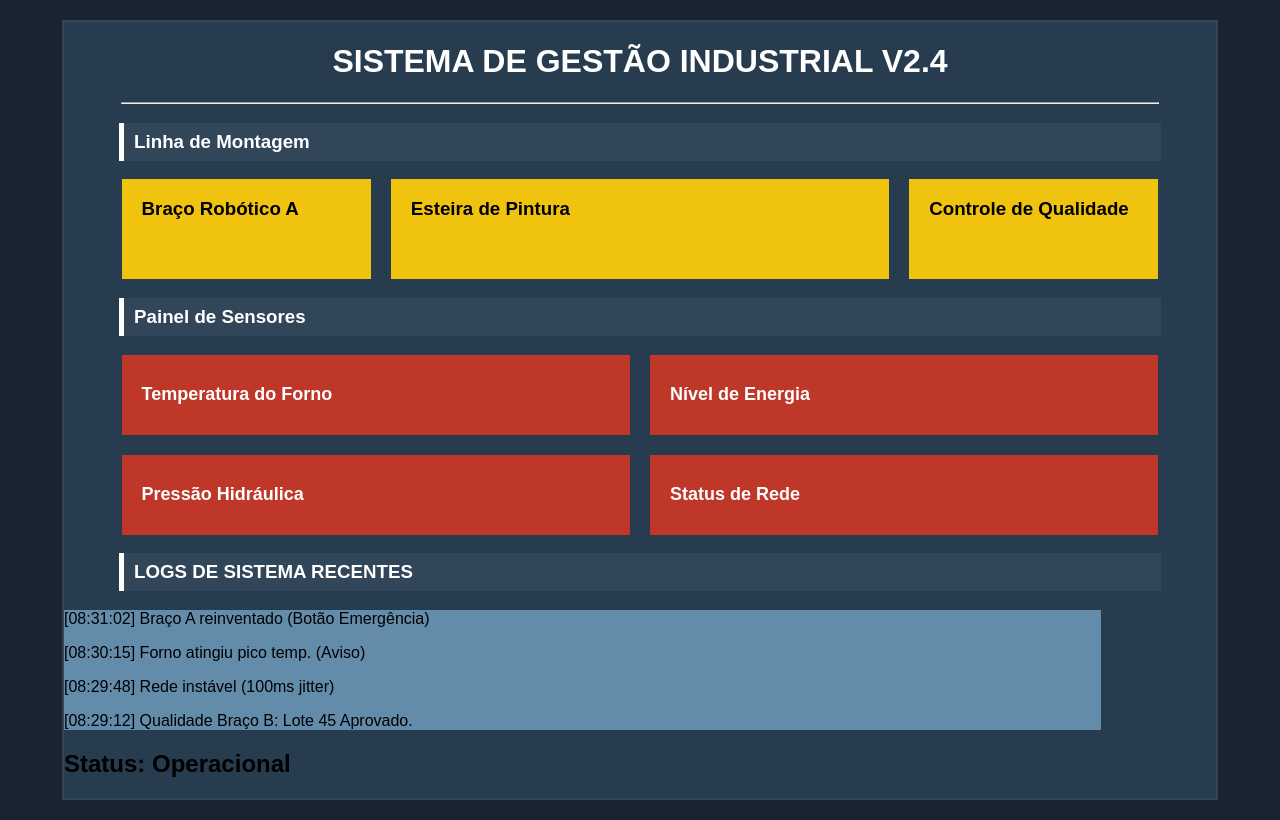
Repository: DanielEDapper/Front-WEG
Page: ProfeIgor/Aula5 - Dashboard Industrial/index.html
These files come from the project's save history. The page is drawn as it stood at one moment and after a run of saves; the edit follows.
The browser window is 1280 px wide. The pictures show the whole page.
Some icons come from a web library that is not loaded, so they are not drawn.

Above is the page before, as saved 2026-05-29 20:03:34.

### ProfeIgor/Aula5 - Dashboard Industrial/index.html
<!DOCTYPE html>
<html lang="en">
<head>
    <meta charset="UTF-8">
    <meta name="viewport" content="width=device-width, initial-scale=1.0">
    <link rel="stylesheet" href="style.css">
    <link rel='stylesheet' href='https://cdn-uicons.flaticon.com/4.0.0/uicons-bold-straight/css/uicons-bold-straight.css'>
    <title>Sistema de gestão Industrial</title>
</head>
<body>
    <div id="wrapper">
        <div id="header">
            <h1>SISTEMA DE GESTÃO INDUSTRIAL V2.4</h1>
        </div>
        <hr>
        <div id="main">
            <div class="container-main">

                <div class="titulo-sessao">
                    <h3>Linha de Montagem</h3>
                </div>
                <div class="container-montagem">
                    <div class="card">
                        <h3>Braço Robótico A</h3>
                        <i class="fi fi-bs-thumbtack"></i>
                    </div>
                    <div class="card">
                        <h3>Esteira de Pintura</h3>
                        <i class="fi fi-bs-arrow-right"></i>
                    </div>
                    <div class="card">
                        <h3>Controle de Qualidade</h3>
                        <i class="fi fi-bs-medal"></i>
                    </div>
                </div>


                <div class="titulo-sessao">
                    <h3>Painel de Sensores</h3>
                </div>
                <div class="container-sensores">
                    <div class="card-sensores">
                        <h3>Temperatura do Forno</h3>
                        <i class="fi fi-bs-temperature-high"></i>
                    </div>
                    <div class="card-sensores">
                        <h3>Nível de Energia</h3>
                        <i class="fi fi-bs-battery-half"></i>
                    </div>
                    <div class="card-sensores">
                        <h3>Pressão Hidráulica</h3>
                        <i class="fi fi-bs-dashboard"></i>
                    </div>
                    <div class="card-sensores">
                        <h3>Status de Rede</h3>
                        <i class="fi fi-bs-workflow-setting-alt"></i>
                    </div>
                </div>


                <div class="titulo-sessao">
                    <h3>LOGS DE SISTEMA RECENTES</h3>
                </div>
                <div class="container-logs">
                    <p>[08:31:02] Braço A reinventado (Botão Emergência)</p>
                    <p>[08:30:15] Forno atingiu pico temp. (Aviso)<p>
                    <p>[08:29:48] Rede instável (100ms jitter)</p>
                    <p>[08:29:12] Qualidade Braço B: Lote 45 Aprovado.</p>
                </div>
            </div>
        </div>
        <div id="footer">
            <h2>Status: Operacional</h2>
        </div>
    </div>
</body>
</html>

### ProfeIgor/Aula5 - Dashboard Industrial/style.css
:root{
    --bg-dark: #192332;
    --bg-main: #283C50;
    --bg-panel: #32465A;

    --warning: #F0C30F;
    --danger: #BE3728;
    --success: #2ECC71;

    --log-bg: #D2E6F5;

    --text: #FFFFFF;
    --text-secondary: #99A3AB;

    --accent-blue: #638CAB;
}

body{
    margin: 0;
    padding: 0;
    background-color: var(--bg-dark);
}

#wrapper{
    font-family: Arial, Helvetica, sans-serif;
    height: 90%;
    width: 90%;
    background-color: var(--bg-main);
    border: 2px solid var(--bg-panel);
    margin: 20px;
    justify-self: center;
}

#header{
    color: var(--text);
    text-align: center;
}

hr{
    width: 90%;
    font-weight: 400;
}

.titulo-sessao{
    background-color: var(--bg-panel);
    color: var(--text);
    width: 90%;
    justify-self: center;
    border-left: 5px solid var(--text);
}

.titulo-sessao h3{
    padding: 8px 0px 8px 10px;
}

.container-montagem{
    display: flex;
    width: 90%;
    justify-self: center;
    flex-basis: 400;
    height: 100px;
    justify-content: space-around;
    gap: 20px;
}

.card{
    background-color: var(--warning);
}

.card h3{
    padding: 0px 0px 0px 20px;
}

.card i{
    display: flex;
    justify-self: center;
}

.card:nth-child(1){
    width: 25%;
}

.card:nth-child(2){
    width: 50%;
}

.card:nth-child(2) i{
    display: flex;
    padding: 0px 20px 0px 0px;
    justify-self: end;
}

.card:nth-child(3){
    width: 25%;
}

.container-sensores{
    width: 90%;
    display: grid;
    grid-template-columns: 1fr 1fr;
    gap: 20px;
    justify-self: center;
}

.card-sensores{
    background-color: var(--danger);
    color: var(--text);
    height: 80px;
    display: flex;
    justify-content: space-between;
    align-items: center;
    padding: 0 20px;
    box-sizing: border-box;
}

.card-sensores h3{
    font-size: 18px;
}

.card-sensores i{
    font-size: 24px;
}

.container-logs{
    background-color: var(--accent-blue);
    width: 90%;
}

After the next 2 saves:
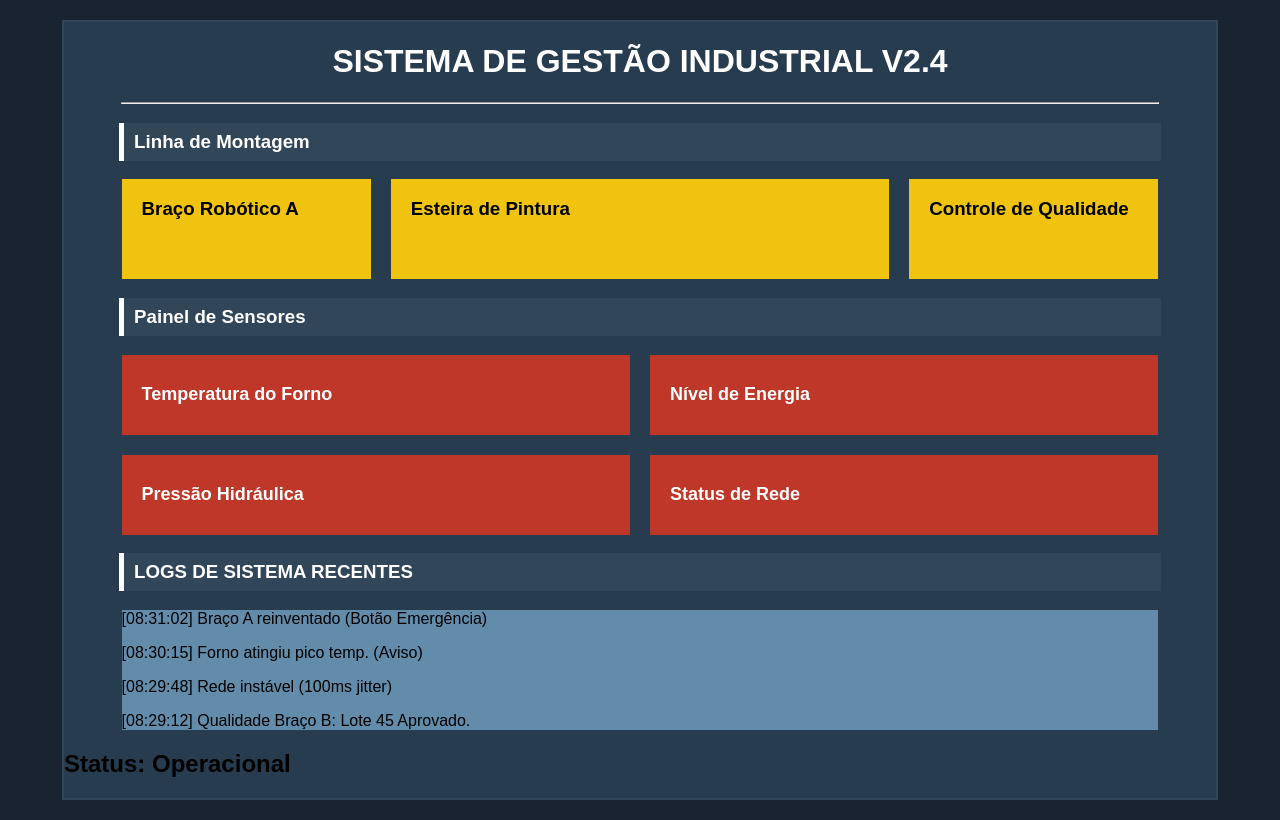
The 2 saves are shown as one change because they came seconds apart.
The last was saved 6 s later.
--- a/ProfeIgor/Aula5 - Dashboard Industrial/style.css
+++ b/ProfeIgor/Aula5 - Dashboard Industrial/style.css
@@ -124,4 +124,5 @@ hr{
 .container-logs{
     background-color: var(--accent-blue);
     width: 90%;
+    justify-self: center;
 }
